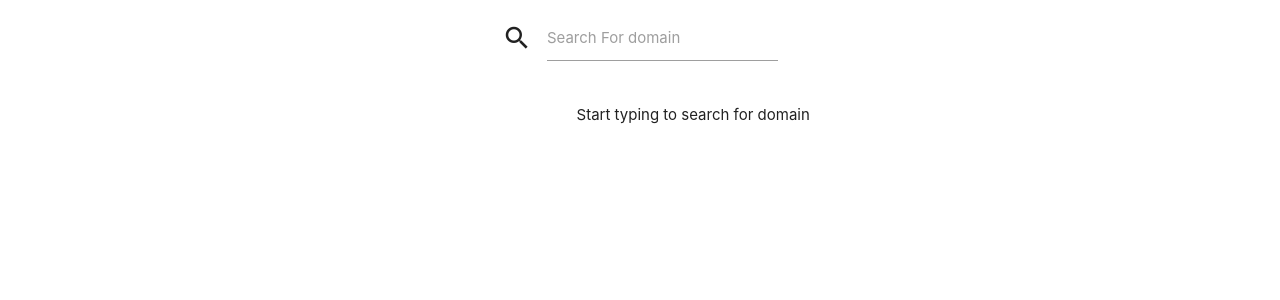
Repository: habib-urrehmaan/domain-name-searcher
Page: / (app in client/)
These files come from the project's save history. The page is drawn as it stood at one moment and after the next save; the edit follows.
The browser window is 1280 px wide. The pictures show the whole page.
The project was rebuilt for these pictures with package versions that can differ from the ones it lists, and the page was loaded fresh each time.

Above is the page before, as saved 2020-04-17 18:07:12.

After the next save:
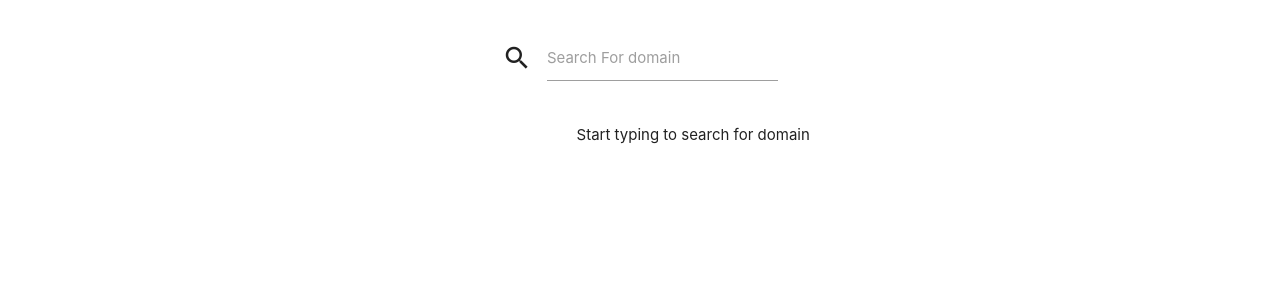
Saved 2 min 51 s later.
--- a/client/src/App.js
+++ b/client/src/App.js
@@ -25,10 +25,13 @@
   render()
   {
     return (
+      <>
+      <div className="row"></div>
       <div className="App container">
         <Search setOutput={this.setAppOutput}/>
         <Output data={this.state.output}/>
       </div>
+      </>
     );
   }
 }

After the 2 saves that followed:
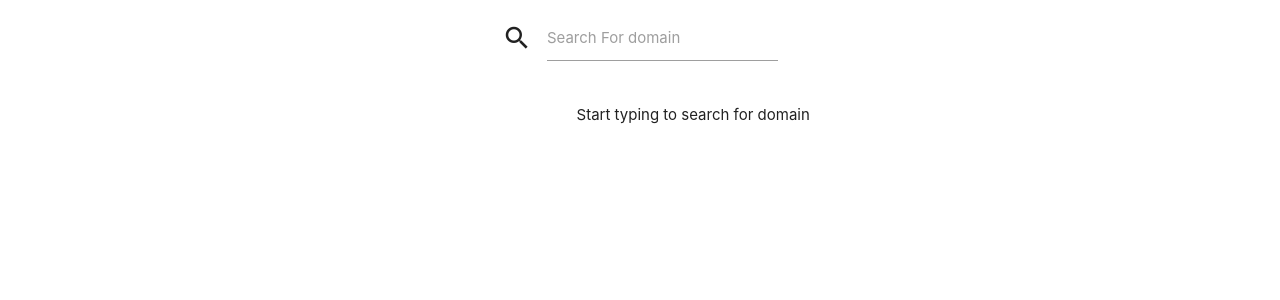
The 2 saves are shown as one change because 1 left the picture as it was.
The last was saved 17 s later.
--- a/client/src/App.js
+++ b/client/src/App.js
@@ -26,7 +26,6 @@
   {
     return (
       <>
-      <div className="row"></div>
       <div className="App container">
         <Search setOutput={this.setAppOutput}/>
         <Output data={this.state.output}/>
